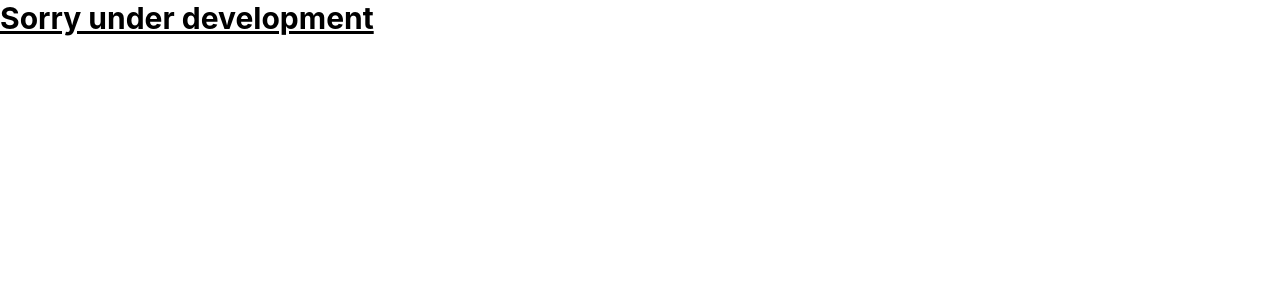
Repository: farrelmuhammad/sims-ppob
Page: /
An editor plug-in stored every save of this project. The page is shown before and after the next save, followed by the edit.
The browser window is 1280 px wide. The pictures show the whole page.
The project was rebuilt for these pictures with package versions that can differ from the ones it lists, and the page was loaded fresh each time. Also part of the build but not shown: src/App.css.

Above is the page before, as saved 2023-09-04 22:55:17.

After the next save:
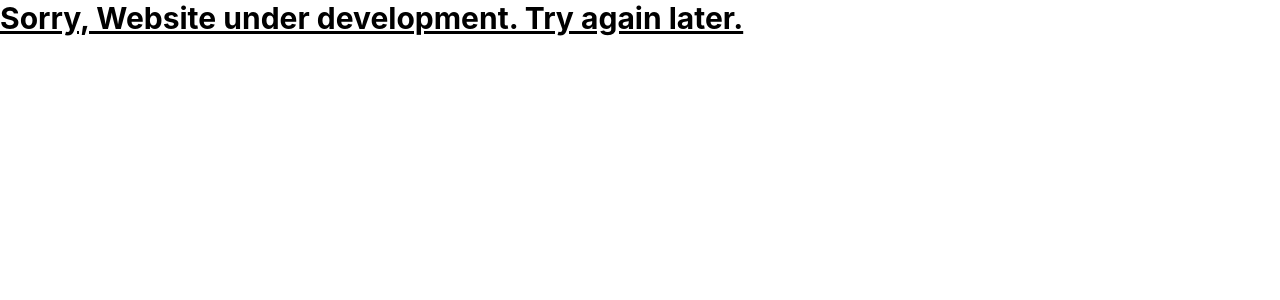
Saved 23 s later.
--- a/src/App.js
+++ b/src/App.js
@@ -4,7 +4,7 @@ import './App.css';
 function App() {
   return (
     <h1 className="text-3xl font-bold underline">
-      Sorry under development
+      Sorry, Website under development. Try again later.
     </h1>
   );
 }
